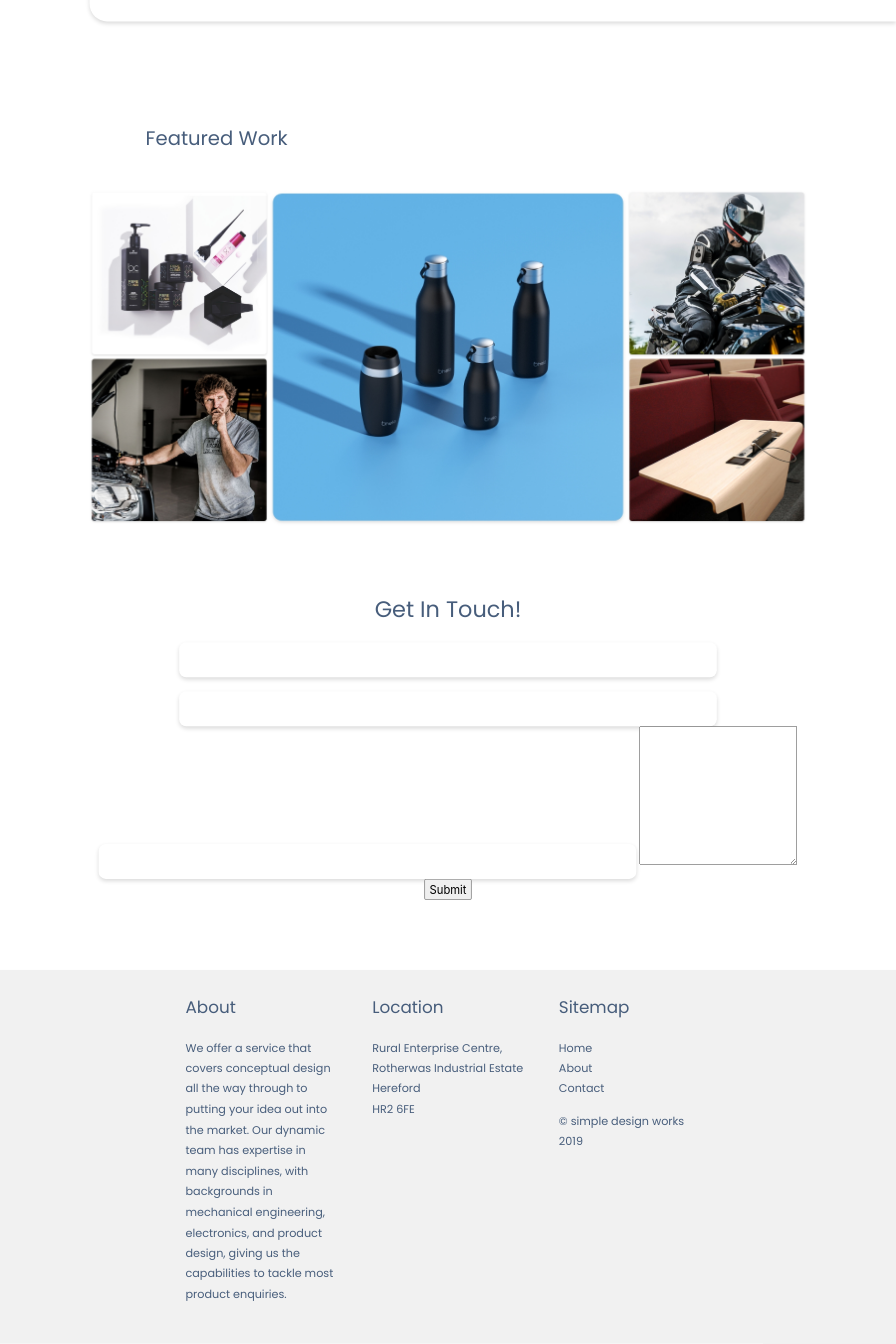
Repository: cobyfoster99/User-Centric-frontend-project
Page: index.html
The author's editor kept a record of every edit. The page is drawn from the files as they stood at one moment, then again after the next edit.
The browser window is 1280 px wide. The pictures show the part of the page from y = 1281 to 3201 px (the page is 3201 px tall), at 70% of full size.
Some web libraries are served in a nearby version.

Above is the page before.

### index.html
<!DOCTYPE html>
<html lang="en">

<head>
    <meta charset="UTF-8">
    <meta name="viewport" content="width=device-width, initial-scale=1.0, max-scale=1.0">
    <meta http-equiv="X-UA-Compatible" content="ie=edge">
    <link rel="stylesheet" href="assets/css/style.css" type="text/css" />
    <link rel="stylesheet" href="https://stackpath.bootstrapcdn.com/font-awesome/4.7.0/css/font-awesome.min.css" type="text/css" />
    <script src="https://kit.fontawesome.com/78b1021543.js"></script>
    <link rel="stylesheet" href="https://stackpath.bootstrapcdn.com/bootstrap/4.3.1/css/bootstrap.min.css" integrity="sha384-ggOyR0iXCbMQv3Xipma34MD+dH/1fQ784/j6cY/iJTQUOhcWr7x9JvoRxT2MZw1T" crossorigin="anonymous">
    <title>Simple Design Works | Product Design Agency</title>
</head>

<body>

    <header>
        <div class="row no-gutters">
            <a class="col-md-4 logo" href="index.html"></a>

            <div class="col-md-4">
                <div class="row no-gutters">
                    <div class="col">
                        <ul id="nav" class="list-inline menucontainer">
                            <li class="col-6 col-sm-3 list-inline-item">
                                <a href="#"><span class="nav-active">Home</span></a>
                            </li>
                            <li class="col-6 col-sm-3 list-inline-item">
                                <a href="#"><span>About</span></a>
                            </li>
                            <li class="col-6 col-sm-3 list-inline-item">
                                <a href="#"><span>Contact</span></a>
                            </li>
                        </ul>
                    </div>
                </div>
            </div>
        </div>
    </header>

    <section>

        <!--------------------- Global Banner Image--------------------->
        <div class="container-fluid">
            <div class="row banner-image-container no-gutters">
                <img class="banner-image" src="assets/media-library/home_image.jpg"></img>
            </div>
        </div>

        <!--------------------- SDW Catch Phrase --------------------->
        <div class="container-fluid">
            <div class="col-12">
                <div class="catchphrase">
                    <h3 class="header-h3">Your Idea</h3>
                    <h3 class="header-h3">Our Expertise </h3>
                    <h3 class="header-h3">Lets Design</h3>
                </div>
            </div>
        </div>

        <!--------------------- Home Page About --------------------->
        <div class="container-about">
            <div class="about-section">
                <h3 class="about-h3 aligned-border">About</h3>
                <p class="aligned-border about-p">We offer a service that covers conceptual design all the way through to putting your idea out into the market. Our dynamic team has expertise in many disciplines, with backgrounds in mechanical engineering, electronics, and product design,
                    giving us the capabilities to tackle most product enquiries.

                </p>
            </div>
        </div>

        <!--------------------- Home Page Portfolio --------------------->
        <div class="container-porfolio text-center">
            <h3 class="left-Featured">Featured Work</h3>
            <div class="row no-gutters">
                <div class="col-lg-3 col-md-12 portfolio-skp"><img class="img-fluid padded-image" src="./assets/media-library/skp2.jpg"></img> <img class="img-fluid padded-image" src="./assets/media-library/guy.jpg"></img>
                </div>

                <div class="col-lg-6 col-md-12 text-center portfolio-skp"><img class="img-fluid padded-image" src="./assets/media-library/ohello.jpg"></img>
                </div>
                <div class="col-lg-3 col-md-12 portfolio-skp"><img class="img-fluid padded-image" src="./assets/media-library/Bike.jpg"></img> <img class="img-fluid padded-image padded-image" src="./assets/media-library/furniture.jpg"></img>
                </div>
            </div>
        </div>

        <!--------------------- Home Page Contact --------------------->

    </section>
    <div class="container-contact text-center">
        <h2 class="home-contact-header">Get In Touch!</h2>
        <form>

            <input type="ftext" name="full-name" placeholder="Full Name" class="full-name" />

            <input type="ftext" name="full-name" placeholder="Full Name" class="full-name" />

            <input type="ftext" name="full-name" placeholder="Full Name" class="full-name" />


            <textarea rows="8" name="discuss" placeholder="Discuss Your Idea..." class="dicuss-idea"></textarea>

            <input type="submit" value="Submit" class="submit-button" />
        </form>
    </div>

    <footer>
        <div class="container-fluid">
            <div class="row no-gutters footer-about">
                <div class="col-sm footer-section">
                    <h2 class="footer-h2">About</h2>
                    <p class="footer-p">We offer a service that covers conceptual design all the way through to putting your idea out into the market. Our dynamic team has expertise in many disciplines, with backgrounds in mechanical engineering, electronics, and product
                        design, giving us the capabilities to tackle most product enquiries.
                    </p>
                </div>
                <div class="col-sm footer-section footer-location">
                    <h2 class="footer-h2">Location</h2>
                    <p class="footer-p">Rural Enterprise Centre,<br> Rotherwas Industrial Estate<br> Hereford
                        <br> HR2 6FE<br>
                    </p>
                </div>
                <div class="col-sm footer-section footer-sitemap">
                    <h2 class="footer-h2">Sitemap</h2>
                    <p class="footer-p"><a class="footer-links" href="/home">Home</a> <br> <a class="footer-links" href="/about">About</a> <br> <a class="footer-links" href="/contact">Contact</a> <br>
                        <p class="footer-p">© simple design works 2019</p>
                    </p>
                </div>


            </div>
        </div>
    </footer>

</body>

</html>

### assets/css/style.css
/* ------------------------------------------- Typography */

@import url('https://fonts.googleapis.com/css?family=Poppins:400,600,700&display=swap');

h1,
h2,
h3,
h4,
h5,
p,
span {
    font-family: "poppins", sans-serif;
    color: #475D7B;
}



/* -------------------------------------------- Header */

header {
    background-color: #fffff;
    padding-top: 20px;
    padding-bottom: 20px;
}

.logo {
    background: url("../media-library/logo.png");
    background-position: center;
    background-repeat: no-repeat;
    min-height: 69px;
    transition: all .5s ease-in-out;
    -moz-transition: all .5s ease-in-out;
    -webkit-transition: all .5s ease-in-out;
}

.list-inline {
    padding-top: 60px;
    padding-bottom: 40px;
    text-align: center;
}

.list-inline-item {
    padding-bottom: 10px;
}

.menucontainer {
    font-size: 0px;
    text-decoration: none;
}

#nav li {
    font-size: 18px;
    text-align: center;
    text-decoration: none;
    font-weight: 600;
    transition: all .5s ease-in-out;
    -moz-transition: all .5s ease-in-out;
    -webkit-transition: all .5s ease-in-out;
}

#nav li:hover {
    font-size: 14px;
    text-align: center;
}

.nav-active {
    color: #E18763;
    border-bottom: 1px solid #E18763;
}

.menu-item {
    margin-bottom: 10px;
}

/* -------------------------------------------- Media Queries - Header */

@media only screen and (max-width: 1920px) and (min-width: 1220px) {
    header {
        margin-left: 150px;
    }
}

@media only screen and (max-width: 1440px) and (min-width: 768px) {
    .menuitem {
        padding-bottom: 10px;
    }
}




/* -------------------------------------------- Banner Image Global */

.banner-image {
    display: block;
    margin-left: auto;
    margin-right: auto;
    padding-left: 10px;
    max-width: 100%;
    height: auto;
}

/* -------------------------------------------- SDW Catchphrase Global */

.catchphrase {
    display: block;
    text-align: center;
    margin-left: auto;
    margin-right: auto;
    padding-bottom: 75px;
    padding-top: 75px;
}

.header-h3 {
    text-align: center;
    display: inline-block;
    padding-left: 10px;
}

/* -------------------------------------------- Home-page About */

.about-section {
    display: block;
    box-shadow: 0px 3px 6px rgba(0, 0, 0, 0.15);
    border-radius: 25px;
    margin-bottom: 50px;
}

.aligned-border {
    padding: 20px;
}

.about-h3 {
    padding-top: 75px;
    line-height: 35pt;
    letter-spacing: 1.5px;
}

.about-p {
    padding-top: 20px;
    padding-bottom: 75px;
    line-height: 35pt;
    letter-spacing: 1.5px;
    font-size: 20px;
}

.container-about {
    margin-left: auto;
    margin-right: auto;
    width: 80%;
}


/* -------------------------------------------- Media Queries - Home-page-about */

@media only screen and (max-width: 1920px) and (min-width: 1200px) {
    .container-about {
        margin-right: 0;
        margin-left: 10%;
        width: 90%;
    }
}

@media only screen and (max-width: 1920px) and (min-width: 1200px) {
    .about-section {
        border-radius: 25px 0px 0px 25px;
    }
}


@media only screen and (max-width: 1920px) and (min-width: 1200px) {
    .about-p,
    .about-h3 {

        padding-left: 80px;

    }
}

@media only screen and (max-width: 1220px) and (min-width: 320px) {
    .about-p,
    .about-h3 {

        line-height: normal;
        letter-spacing: normal;
        text-align: center;

    }
}

@media only screen and (max-width: 1220px) and (min-width: 320px) {
    .about-p {
        padding-bottom: 50px;
        padding-top: 0px;
        font-size: 16px;
    }
}

@media only screen and (max-width: 1220px) and (min-width: 320px) {
    .about-h3 {
        padding-top: 50px;
    }
}



/* -------------------------------------------- Media Queries - Catchphrase Global */

@media only screen and (max-width: 1920px) and (min-width: 768px) {
    .header-h3 {
        padding-left: 75px;
        padding-right: 75px;
    }
}






/* -------------------------------------------- Footer */

footer {
    background-color: #f1f1f1;
    padding-top: 20px;
    padding-bottom: 20px;
}

.footer-section {
    text-align: left;
    padding-top: 20px;
    padding-bottom: 20px;
}


.footer-h2 {
    padding-bottom: 20px;
    font-size: 24px;
    text-align: left;
}

.footer-p {
    font-size: 16px;
    line-height: 22pt;
    text-align: left;
}

.footer-links {
    text-decoration: none;
    color: #475D7B;
}

.footer-links:hover {
    text-decoration: none;
    color: #475D7B;
}

/* -------------------------------------------- Media Queries - Footer */

@media only screen and (max-width: 1920px) and (min-width: 1220px) {
    .footer-location {
        margin-left: 180px;
    }
}

@media only screen and (max-width: 1920px) and (min-width: 1220px) {
    footer {
        padding-left: 250px;
        padding-right: 250px;
    }
}

@media only screen and (max-width: 1200px) and (min-width: 768px) {
    footer {
        padding-left: 50px;
        padding-right: 0px;
    }
}

@media only screen and (max-width: 1440px) and (min-width: 768px) {
    .footer-sitemap,
    .footer-location {
        margin-left: 50px;
        padding-right: 0px;
    }
}

@media only screen and (max-width: 1200px) and (min-width: 386px) {
    .footer-p {
        font-size: 14px;
    }
}





/* -------------------------------------------- Portfolio Section - Homepage*/

.container-porfolio {
    margin-left: auto;
    margin-right: auto;
    width: 80%;
    padding-top: 100px;
    padding-bottom: 100px;
}

.portfolio-title {
    padding-left: 80px;
    padding-bottom: 50px;
}

@media only screen and (max-width: 1200px) and (min-width: 300px) {
    .portfolio-title {
        padding-left: 0px;
        text-align: center;
        padding-bottom: 20px;
    }
}

.skp-image {
    transition: all .5s ease-in-out;
    -moz-transition: all .5s ease-in-out;
    -webkit-transition: all .5s ease-in-out;
    display: inline-block;
}


@media only screen and (max-width: 1200px) and (min-width: 300px) {
    .container-portfolio {
        width: 100%;
        margin: 0;
    }
}

.folio-image {
    max-width: 100%;
    width: auto;
    min-height: auto;
    vertical-align: top;
    margin-right: auto;
    margin-left: auto;
    padding-top: 25px;
}

.folio-image-right {
    vertical-align: top;
    float: left;
    text-align: right;
}

.portfolio-skp {
    margin-left: auto;
    margin-right: auto;
}

@media only screen and (max-width: 1920px) and (min-width: 1200px) {
    .portfolio-item-large {
        margin: 0;
    }
}

.padded-image {
    padding-bottom: 0px;
}

@media only screen and (max-width: 1920px) and (min-width: 1200px) {
    .left-Featured {
        text-align: left;
        padding-left: 80px;
    }

}

.left-Featured {
    padding-bottom: 50px;
}


/* -------------------------------------------- Contact Section - Homepage*/
.container-contact {
    margin-left: auto;
    margin-right: auto;
    width: 80%;
    padding-bottom: 100px;
}

.full-name {
    margin-top: 20px;
    width: 75%;
    height: 50px;
    box-shadow: 0px 3px 6px rgba(0, 0, 0, 0.15);
    border-radius: 10px;
    border:none;
    font-family: "poppins", sans-serif;
    font-size: 16px;
}

::-webkit-input-placeholder {
  color: #fff;
}

:-moz-placeholder {
  color: #fff;
}

::-moz-placeholder {
  color: #888;
}

:-ms-input-placeholder {
  color: #888;
}

After the next edit:
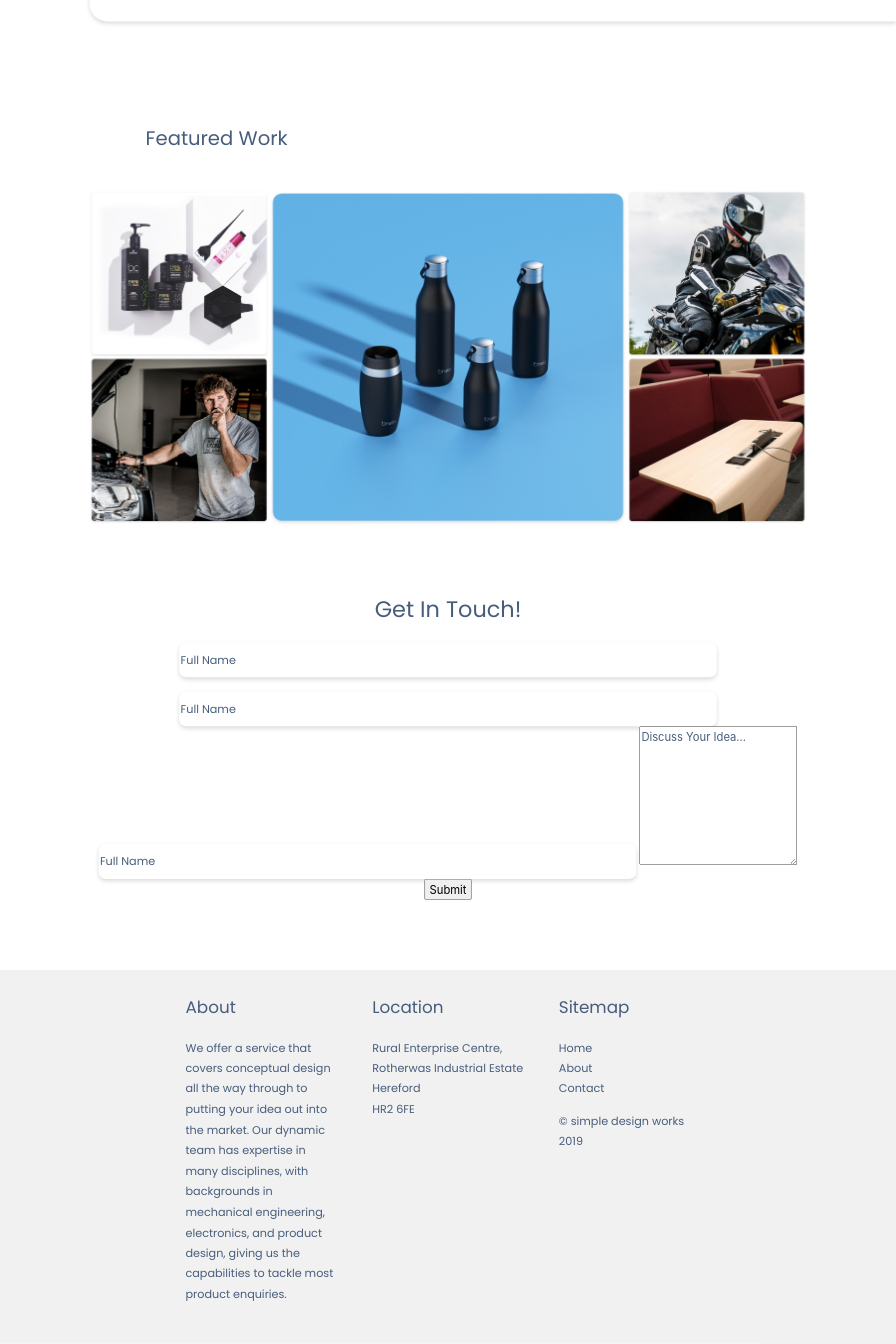
The edit:
--- a/assets/css/style.css
+++ b/assets/css/style.css
@@ -397,7 +397,7 @@
 }
 
 ::-webkit-input-placeholder {
-  color: #fff;
+color: #475D7B;
 }
 
 :-moz-placeholder {
